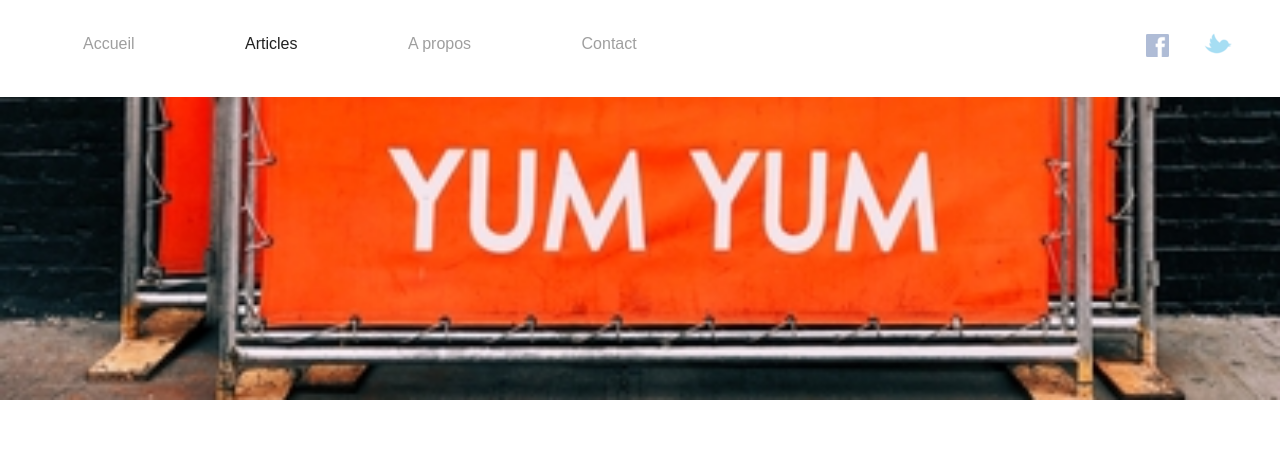
Repository: Elie-Dey/blog-train
Page: index.html
An editor plug-in stored every save of this project. The page is shown before and after the next save, followed by the edit.
The browser window is 1280 px wide. The pictures show the whole page.

Above is the page before, as saved 2020-06-17 00:56:07.

After the next save:
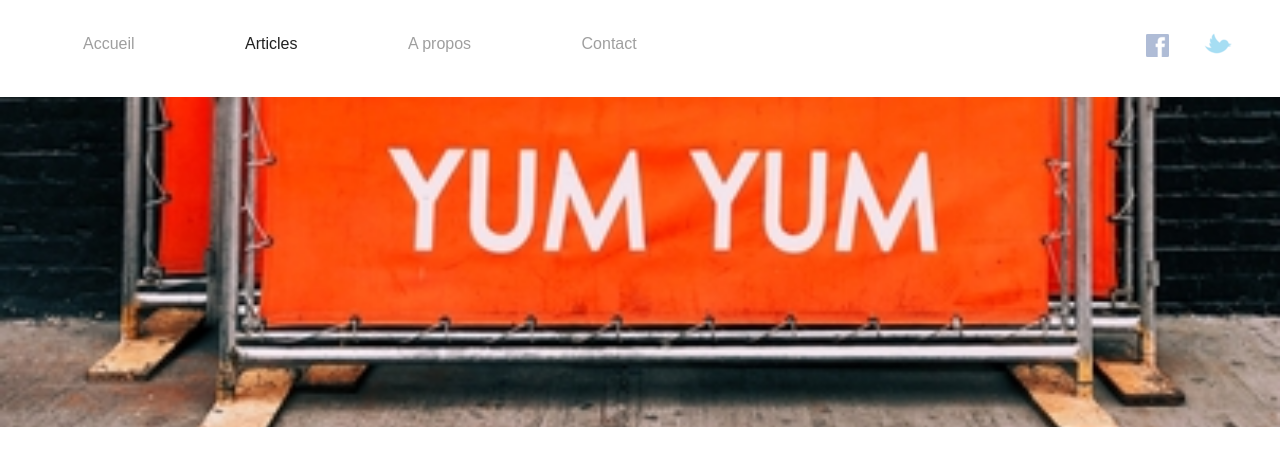
Saved 114 s later.
--- a/style.css
+++ b/style.css
@@ -48,7 +48,7 @@ body
 }
 
 .banniere {
-    height: 400px;
+    height: 427px;
     background: url("images/banniere.jpg");
     background-repeat: no-repeat;
     background-size: cover;
